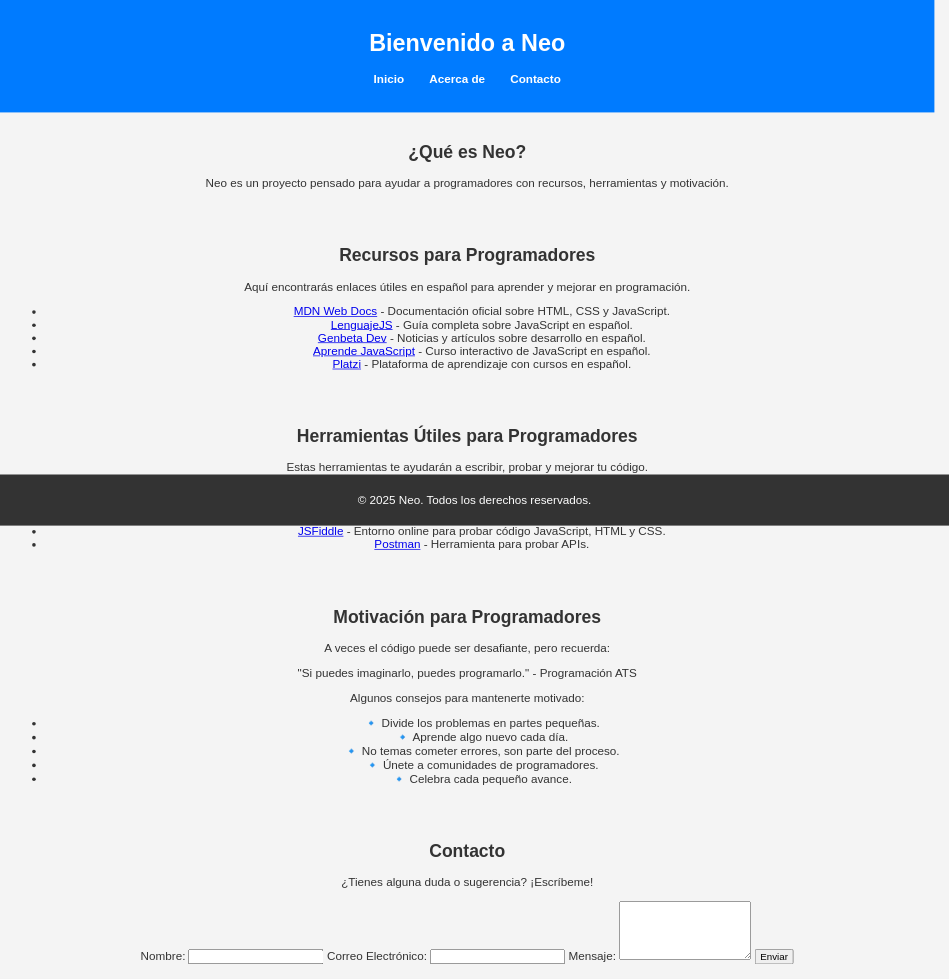
Repository: TapZc/getya_proyect
Page: index.html
The author's editor kept a copy of each file at every save. The page is drawn from the files as they stood at one save, then again after the next save.
The browser window is 1280 px wide. The page is 1300 px wide, so the pictures cover 1300 px, including what lies to the right of the window. The pictures show the whole page, at 73% of full size.

Above is the page before, as saved 2025-02-21 07:15:01.

After the next save:
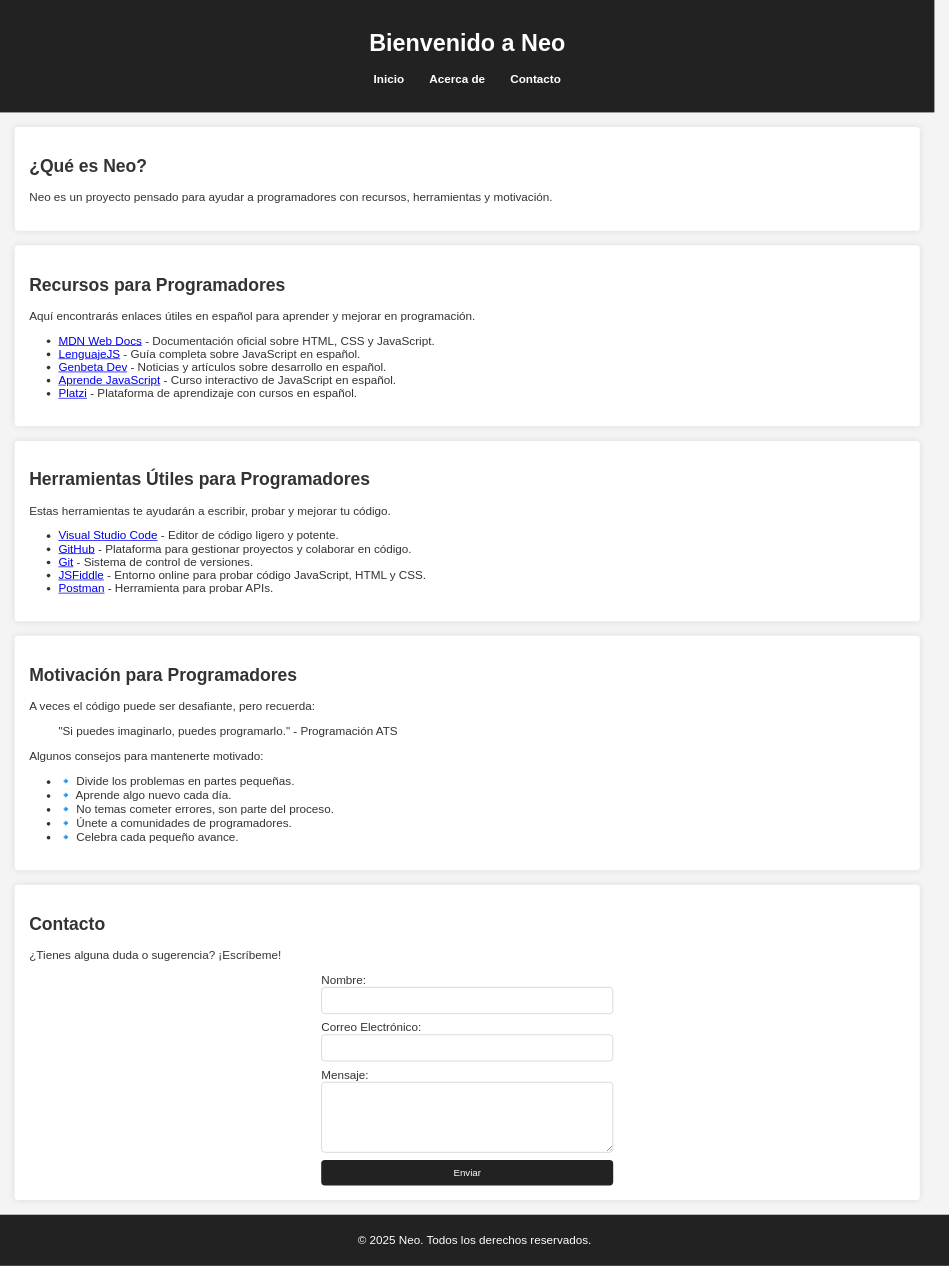
Saved 9 min 7 s later.
--- a/styles.css
+++ b/styles.css
@@ -7,15 +7,15 @@ body {
     color: #333;
 }
 
-/* Encabezado */
+/* Estilo del encabezado */
 header {
-    background-color: #007bff;
+    background-color: #222;
     color: white;
+    padding: 20px;
     text-align: center;
-    padding: 20px;
 }
 
-/* Navegación */
+/* Menú de navegación */
 nav ul {
     list-style: none;
     padding: 0;
@@ -27,24 +27,51 @@ nav ul li {
 }
 
 nav ul li a {
+    color: white;
     text-decoration: none;
-    color: white;
     font-weight: bold;
 }
 
-/* Sección */
+/* Secciones */
 section {
-    text-align: center;
     padding: 20px;
+    background: white;
+    margin: 20px;
+    border-radius: 5px;
+    box-shadow: 0px 0px 10px rgba(0, 0, 0, 0.1);
+}
+
+/* Estilo del formulario */
+form {
+    display: flex;
+    flex-direction: column;
+    max-width: 400px;
+    margin: auto;
+}
+
+form input, form textarea {
+    margin-bottom: 10px;
+    padding: 10px;
+    border: 1px solid #ccc;
+    border-radius: 5px;
+}
+
+button {
+    background-color: #222;
+    color: white;
+    padding: 10px;
+    border: none;
+    border-radius: 5px;
+    cursor: pointer;
 }
 
 /* Pie de página */
 footer {
-    background-color: #333;
-    color: white;
     text-align: center;
     padding: 10px;
-    position: absolute;
+    background-color: #222;
+    color: white;
+    position: relative;
     bottom: 0;
     width: 100%;
 }
